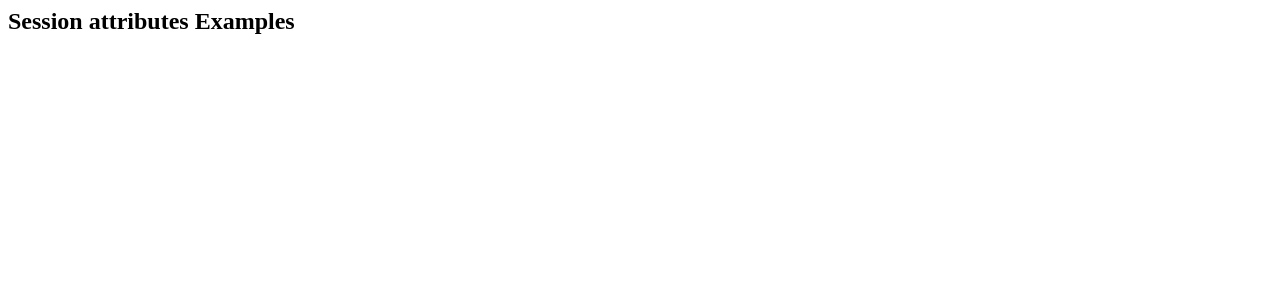
Repository: Ramakrishnmagadum/Testing_Branch
Page: http://localhost/Love-calculator-SessionAttributes/
The author's editor kept a copy of each file at every save. The page is drawn from the files as they stood at one save, then again after the next save.
The browser window is 1280 px wide. The pictures show the whole page.
The page is served by Tomcat 9.

Above is the page before, as saved 2025-05-02 10:49:11.

After the next save:
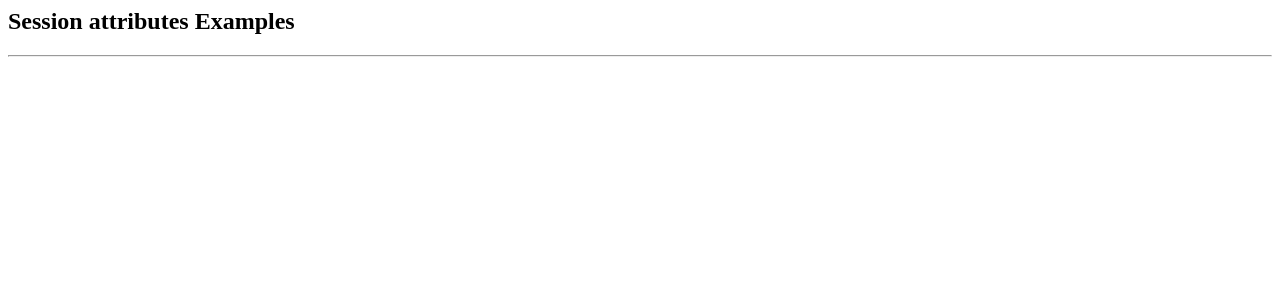
Saved 9 s later.
--- a/Love-calculator-SessionAttributes/src/main/webapp/WEB-INF/view/index.jsp
+++ b/Love-calculator-SessionAttributes/src/main/webapp/WEB-INF/view/index.jsp
@@ -1,5 +1,6 @@
 <html>
 <body>
 <h2>Session attributes Examples</h2>
+<hr><br>
 </body>
 </html>
